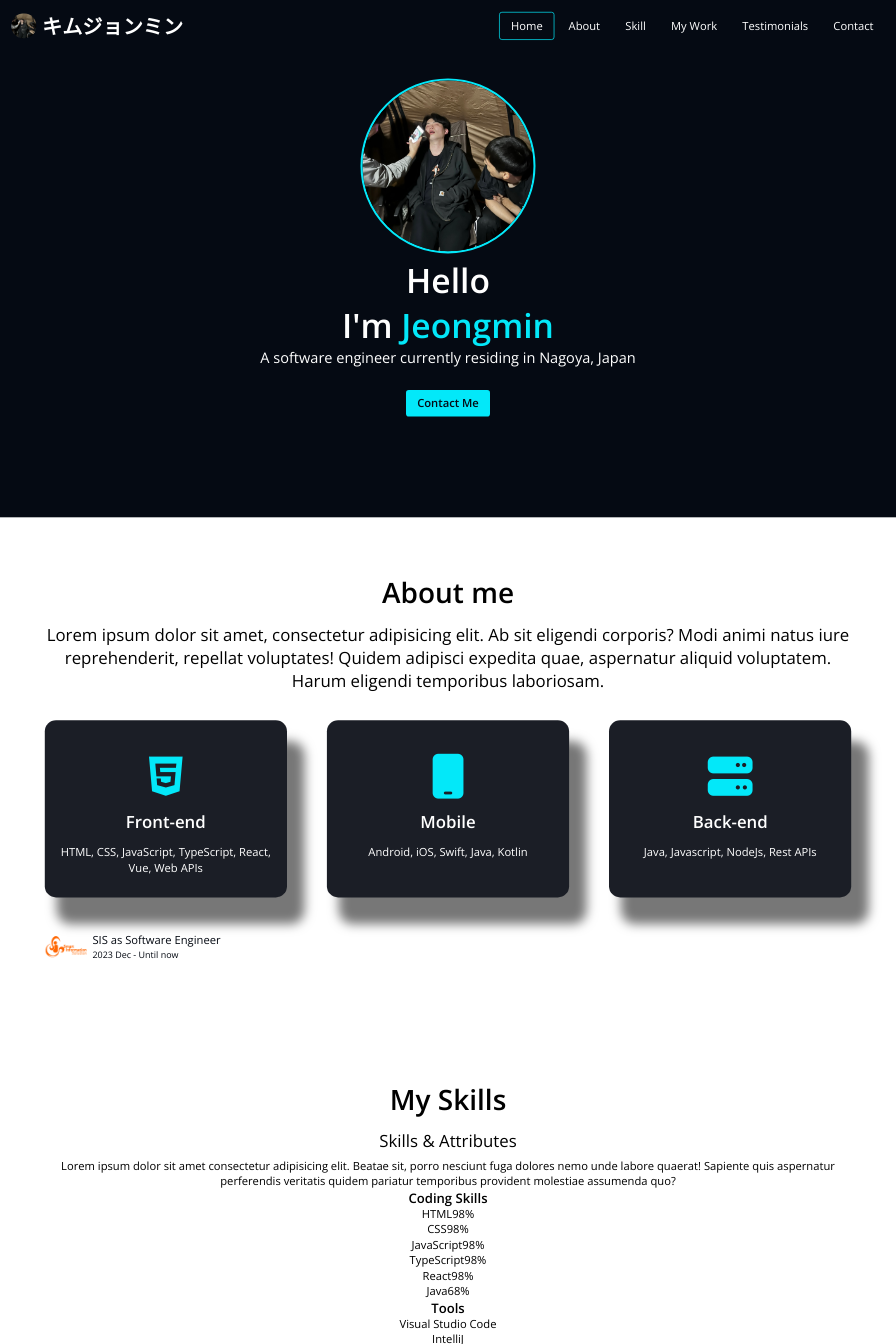
Repository: N1C0N1C0/Portfolio
Page: index.html
These files come from the project's save history. The page is drawn as it stood at one moment and after the next save; the edit follows.
The browser window is 1280 px wide. The pictures show the part of the page from y = 0 to 1920 px (the page is 6472 px tall), at 70% of full size.
Some web libraries are served in a nearby version.

Above is the page before, as saved 2023-12-16 19:14:17.

After the next save:
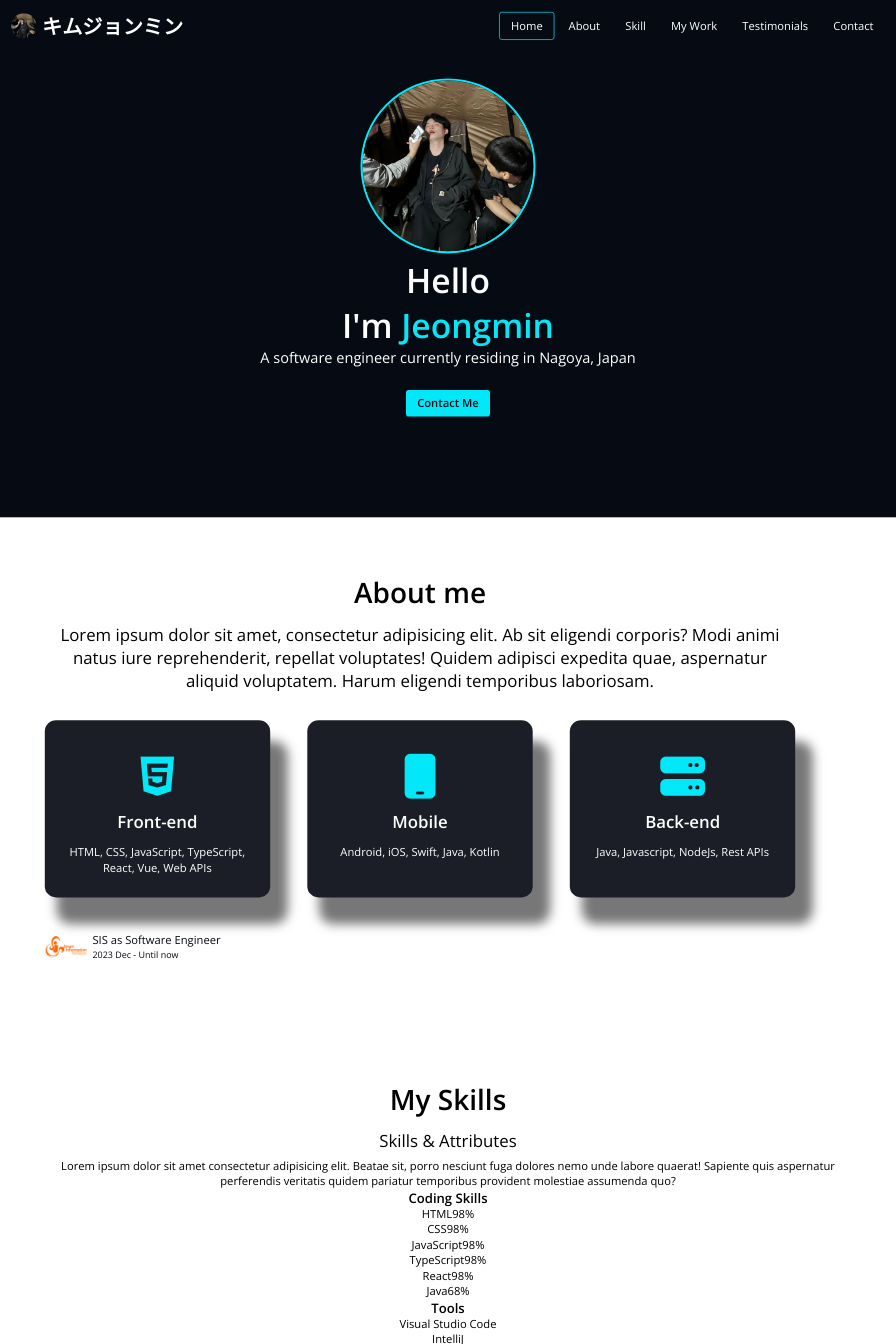
Saved 19 s later.
--- a/css/style.css
+++ b/css/style.css
@@ -13,6 +13,9 @@
     --color-blue : #03e8f9;
     --color-orange : #fd6413;
     --color-gray : #1b1e26;
+
+    /* Size */
+    --size-max-width : 1200px;
 }
 
 * {
